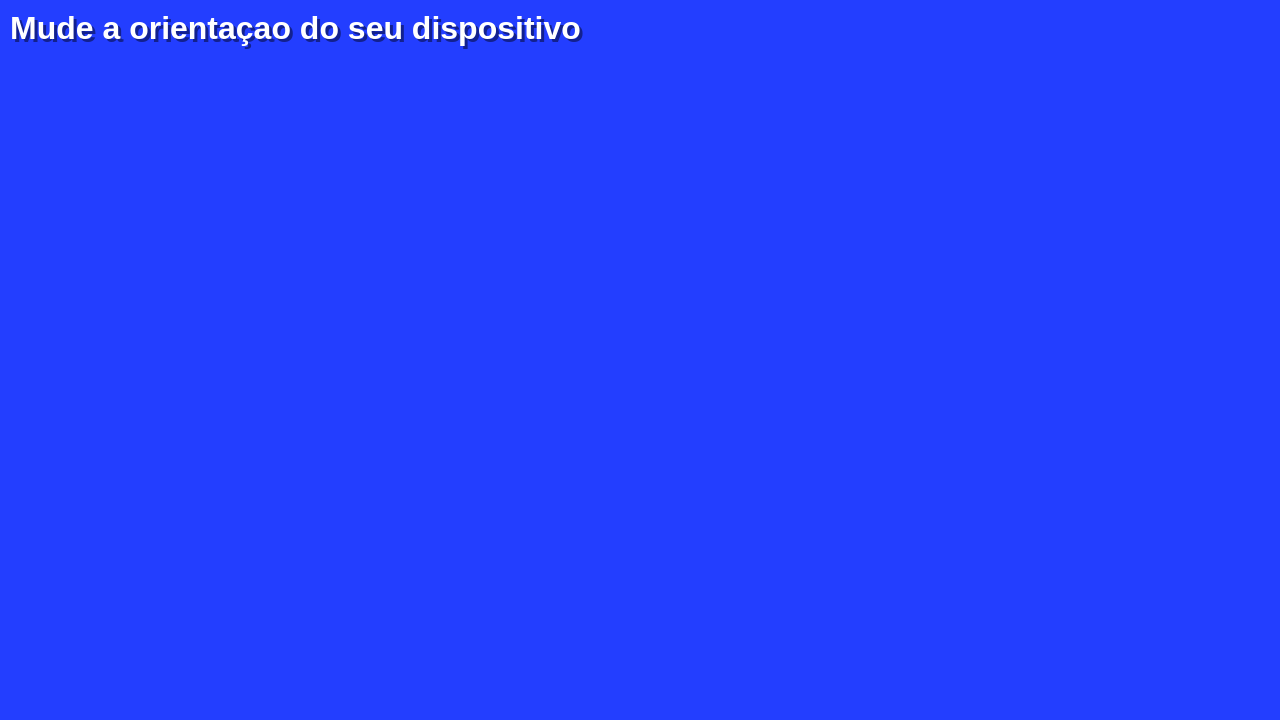
Repository: Lucianorodriguesdev/cursoHTML-CSS
Page: ex026/mq002/index.html
These files come from the project's save history. The page is drawn as it stood at one moment and after the next save; the edit follows.
The browser window is 1280 px wide. The pictures show the whole page.

Above is the page before, as saved 2026-07-13 20:24:57.

### ex026/mq002/index.html
<!DOCTYPE html>
<html lang="pt-br">
<head>
    <meta charset="UTF-8">
    <meta name="viewport" content="width=device-width, initial-scale=1.0">
    <link rel="stylesheet" href="estilo/style.css" media="all">
    <link rel="stylesheet" href="estilo/retrato.css" media="screen and (orientation: portrait)">
    <link rel="stylesheet" href="estilo/paisagem.css" media="screen and (orientation: landscape)">
    <title>media query
    </title>
</head>
<body>
   <h1>Mude a orientaçao do seu dispositivo</h1>
</body>
</html>

### ex026/mq002/estilo/style.css
@charset "UTF-8";
*{
    margin: 0px;
    padding: 0px;
    font-family: Arial, Helvetica, sans-serif ;
}
html,body{
    height: 100vh;
    width: 100vw;
    background-color: #233eff;
}
h1{
    color: white;
    text-shadow: 3px 3px 0px #13218e;
    padding: 10px;
}

### ex026/mq002/estilo/paisagem.css
@charset "UTF-8";
/*modo paisagem*/

### ex026/mq002/estilo/retrato.css
@charset "UTF-8";
/*modo retrato*/
html,body{
    background-color: red;
}

After the next save:
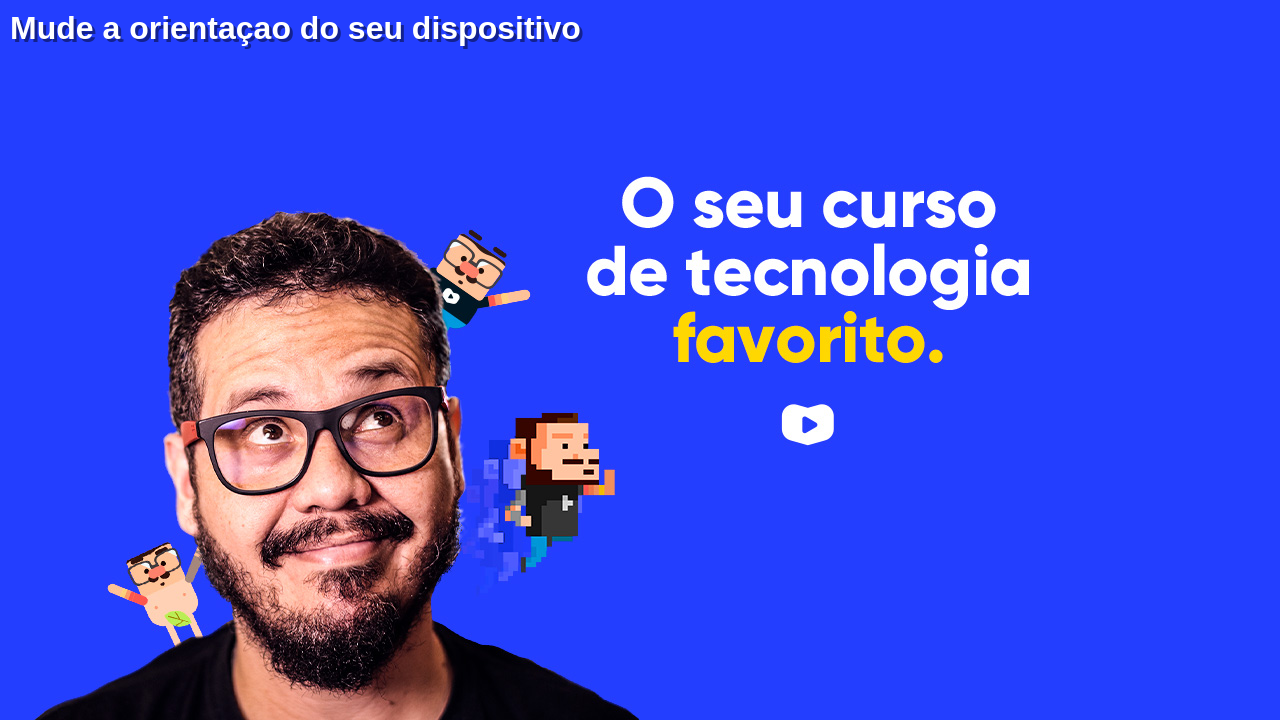
Saved 2 min 33 s later.
--- a/ex026/mq002/estilo/paisagem.css
+++ b/ex026/mq002/estilo/paisagem.css
@@ -1,2 +1,6 @@
 @charset "UTF-8";
 /*modo paisagem*/
+
+body{
+    background: url('../imagens/cev-landscape.jpg');
+}
--- a/ex026/mq002/estilo/retrato.css
+++ b/ex026/mq002/estilo/retrato.css
@@ -1,5 +1,5 @@
 @charset "UTF-8";
 /*modo retrato*/
 html,body{
-    background-color: red;
+    background: url('../imagens/cev-portrait.jpg');
 }
